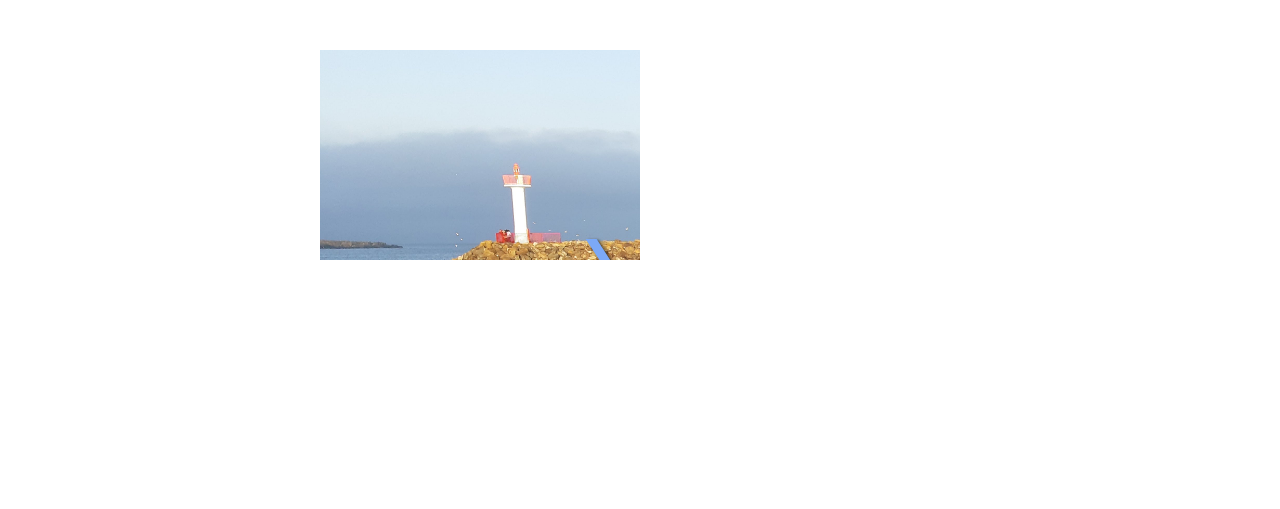
Repository: fmallett/HappyOut
Page: / (app in PhotoSlider/)
These files come from the project's save history. The page is drawn as it stood at one moment and after a run of saves; the edit follows.
The browser window is 1280 px wide. The pictures show the whole page.
The project was rebuilt for these pictures with package versions that can differ from the ones it lists, and the page was loaded fresh each time. Also part of the build but not shown: PhotoSlider/webpack.config.js.

Above is the page before, as saved 2019-11-29 14:39:21.

After the next 2 saves:
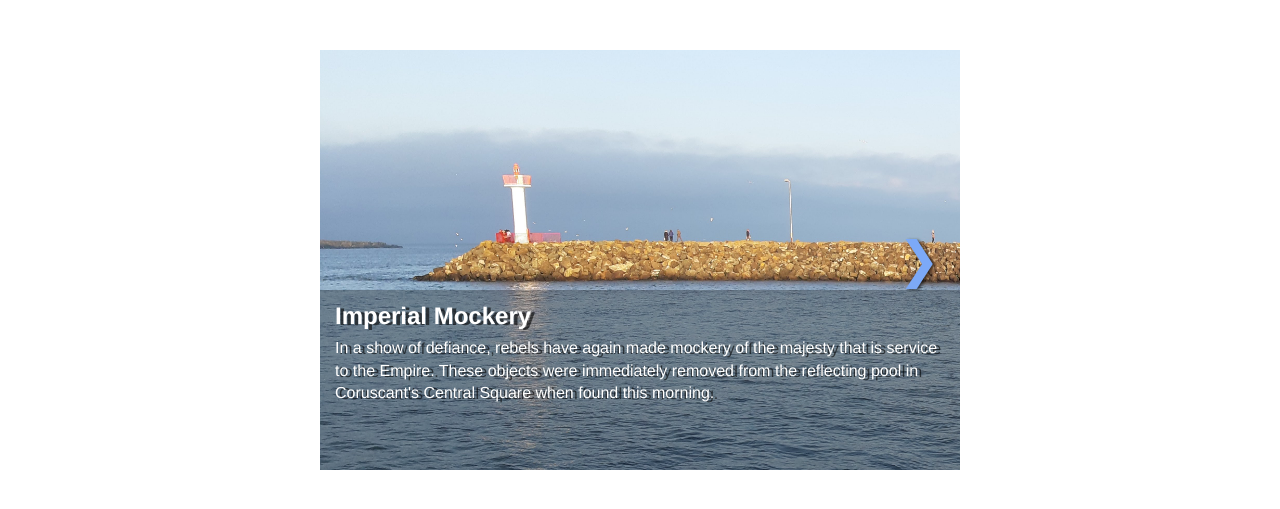
The 2 saves are shown as one change because they came seconds apart.
The last was saved 17 s later.
--- a/PhotoSlider/src/carousel-styles.js
+++ b/PhotoSlider/src/carousel-styles.js
@@ -4,7 +4,6 @@
   root: {
     position: 'relative',
     overflow: 'hidden',
-    height: config.imageHeight * 0.5,
-    width: config.imageWidth * 0.5
+    height: config.imageHeight
   }
 }
